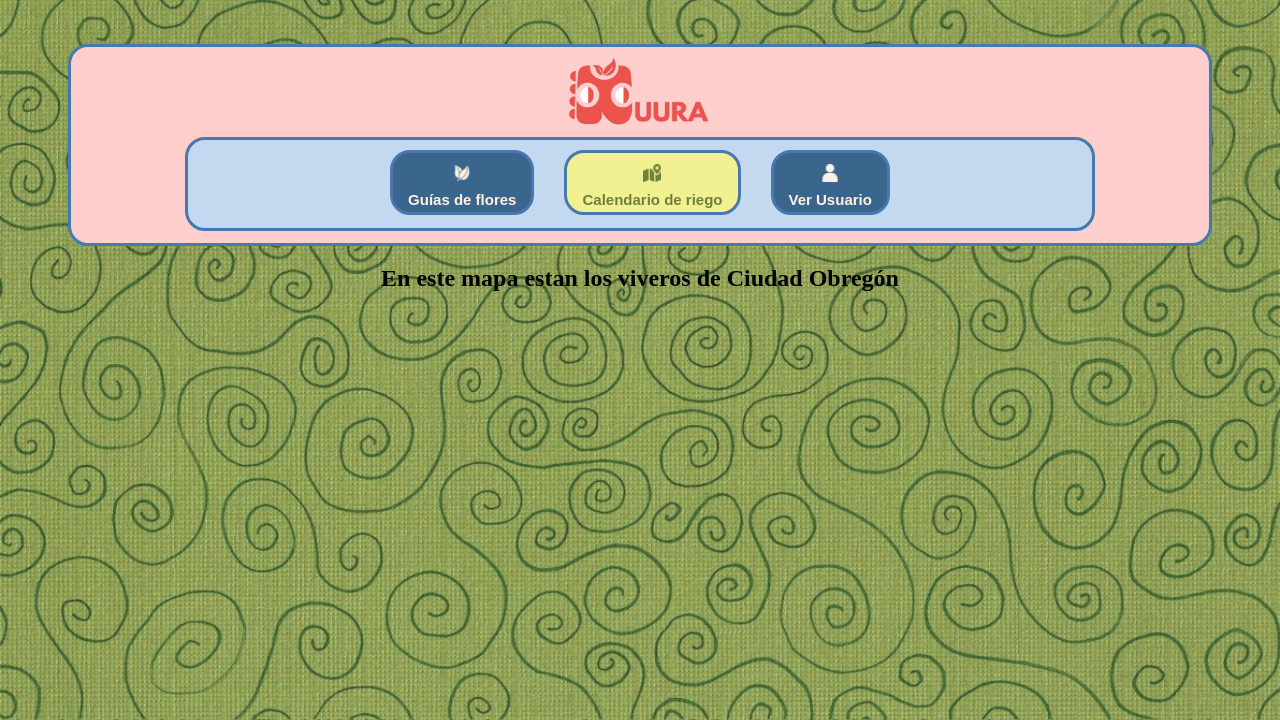
Repository: carrascokarencb37-afk/Nuura
Page: html/calendario.html
These files come from the project's save history. The page is drawn as it stood at one moment and after the next save; the edit follows.
The browser window is 1280 px wide. The pictures show the whole page.

Above is the page before, as saved 2026-05-28 09:52:37.

After the next save:
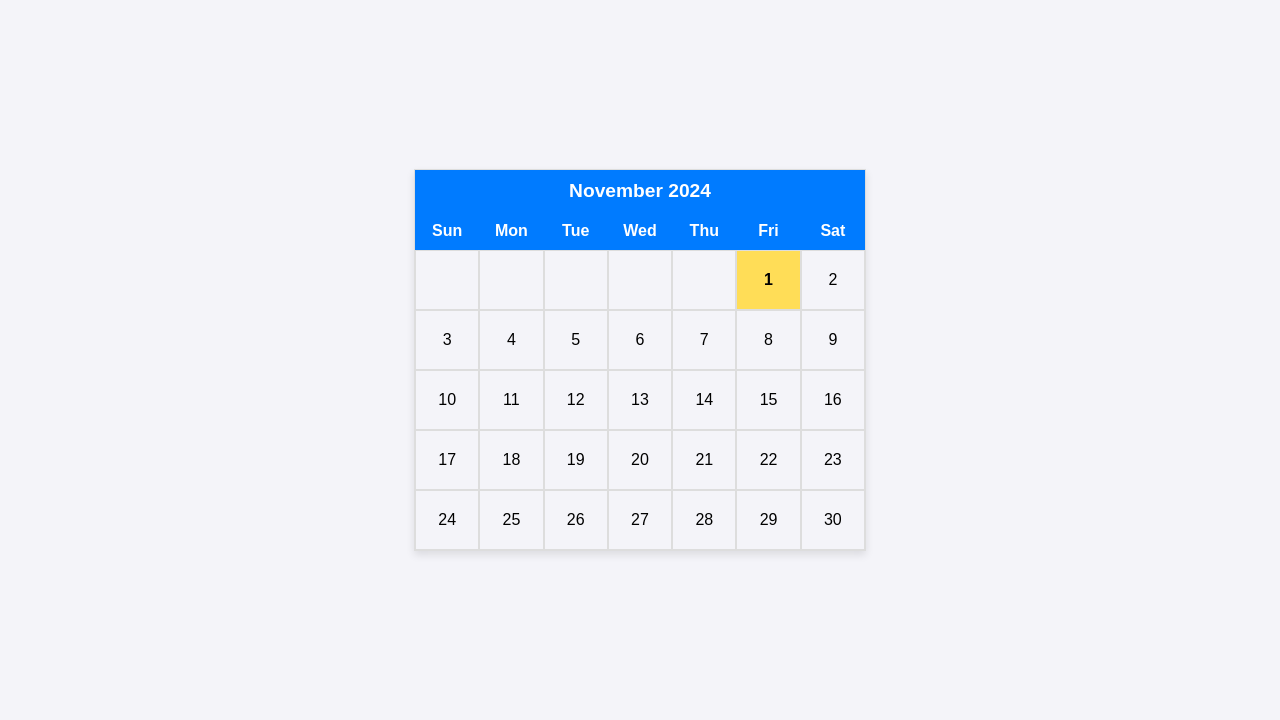
Saved 16 min 32 s later.
--- a/html/calendario.html
+++ b/html/calendario.html
@@ -1,18 +1,91 @@
 <!DOCTYPE html>
-<html lang="es">
+<html lang="en">
 <head>
     <meta charset="UTF-8">
     <meta name="viewport" content="width=device-width, initial-scale=1.0">
-    <title>Nuura - Mapa de reciclaje</title>
-    <link rel="stylesheet" href="../css/style.css">
-    <script src="../script/menu.js" defer></script>
-    <link rel="icon" href="../img/Nuura.png" type="png">
+    <title>Simple HTML Calendar - November 2024</title>
+    <style>
+        /* Basic page styling */
+        body {
+            font-family: Arial, sans-serif;
+            display: flex;
+            justify-content: center;
+            align-items: center;
+            min-height: 100vh;
+            background-color: #f4f4f9;
+            margin: 0;
+        }
+
+        /* Calendar container */
+        .calendar {
+            width: 450px;
+            border: 1px solid #ddd;
+            box-shadow: 0 4px 8px rgba(0, 0, 0, 0.1);
+        }
+
+        /* Calendar header styling */
+        .calendar-header {
+            text-align: center;
+            background-color: #007bff;
+            color: white;
+            padding: 10px;
+            font-size: 1.2em;
+            font-weight: bold;
+        }
+
+        /* Days of the week styling */
+        .calendar-days {
+            display: grid;
+            grid-template-columns: repeat(7, 1fr);
+            background-color: #007bff;
+            color: white;
+        }
+
+        .calendar-days div {
+            padding: 10px;
+            text-align: center;
+            font-weight: bold;
+        }
+
+        /* Date cells styling */
+        .calendar-dates {
+            display: grid;
+            grid-template-columns: repeat(7, 1fr);
+        }
+
+        .calendar-dates div {
+            padding: 20px;
+            text-align: center;
+            border: 1px solid #ddd;
+        }
+
+        /* Highlight today */
+        .today {
+            background-color: #ffdd57;
+            font-weight: bold;
+        }
+    </style>
 </head>
 <body>
-    <div id="menu_container"></div>
+    <!-- Calendar Container -->
+    <div class="calendar">
+        <!-- Month and Year Header -->
+        <div class="calendar-header">November 2024</div>
 
-    <h2>En este mapa estan los viveros de Ciudad Obregón</h2>
+        <!-- Days of the Week -->
+        <div class="calendar-days">
+            <div>Sun</div>
+            <div>Mon</div>
+            <div>Tue</div>
+            <div>Wed</div>
+            <div>Thu</div>
+            <div>Fri</div>
+            <div>Sat</div>
+        </div>
 
-
+        <!-- Calendar Dates -->
+        <div class="calendar-dates">
+            <!-- Blank spaces for days before the month starts on Friday -->
+            <div></div> <div></div> <div></div> <div></div> <div></div> <div class="today">1</div> <div>2</div> <div>3</div> <div>4</div> <div>5</div> <div>6</div> <div>7</div> <div>8</div> <div>9</div> <div>10</div> <div>11</div> <div>12</div> <div>13</div> <div>14</div> <div>15</div> <div>16</div> <div>17</div> <div>18</div> <div>19</div><div>20</div> <div>21</div> <div>22</div> <div>23</div> <div>24</div> <div>25</div> <div>26</div><div>27</div> <div>28</div> <div>29</div> <div>30</div>
 </body>
 </html>
